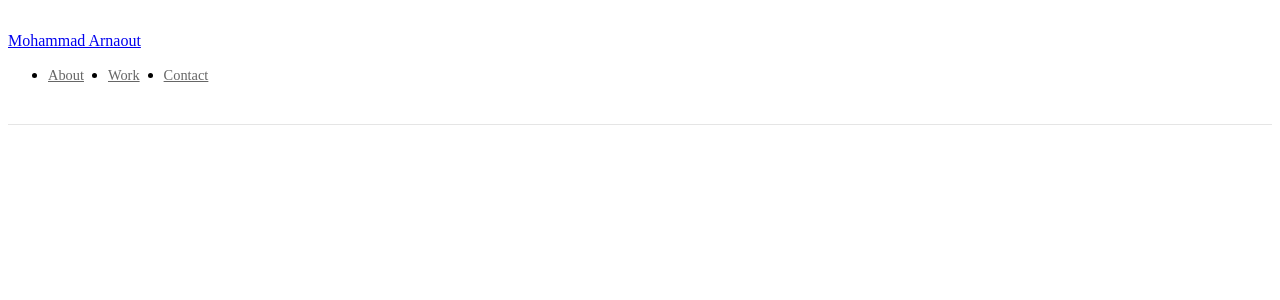
Repository: Moh-Arna/Moh-Arna
Page: index.html
The author's editor kept a copy of each file at every save. The page is drawn from the files as they stood at one save, then again after the next save.
The browser window is 1280 px wide. The pictures show the whole page.

Above is the page before, as saved 2026-04-22 09:43:07.

### index.html
<!DOCTYPE html>
<html lang=""en>
<head>
  <meta charset="UTF-8">
  <meta name="viewport" content="width=device-width, initial-scale=1.0">
  <title>[Mohammad Arnaout] — Portfolio</title>

  <link rel="stylesheet" href="styles/globals.css">
  <link rel="stylesheet" href="styles/index.css">
</head>

<header class="header">

    <div class="container-header-inner">

        <a href="/" class="name">Mohammad Arnaout</a>

        <nav aria-label="Main Navigation">

            <ul class="nav">

                <li>
                    <a href="#about">About</a>
                </li>

                <li>
                    <a href="#work">Work</a>
                </li>

                <li>
                    <a href="#contact">Contact</a>
                </li>

            </ul>

        </nav>

    </div>

</header>


</html>

### styles/globals.css
:root{
    --bg:#fafafa;
    --text: #111;
    --muted: #666;
    --border: #e5e5e5;
}

### styles/index.css
.header{
    padding: 1.5rem 0;
    border-bottom: 1px solid var(--border);
}

.header-inner{
    display: flex;
    justify-content: space-between;
    align-items: center;
}

.nav{
    display: flex;
    gap: 1.5rem;
}

.nav a{
    color: var(--muted);
    font-size: 0.9rem;
}

.nav a:hover{
    color: var(--text);
}

After the next save:
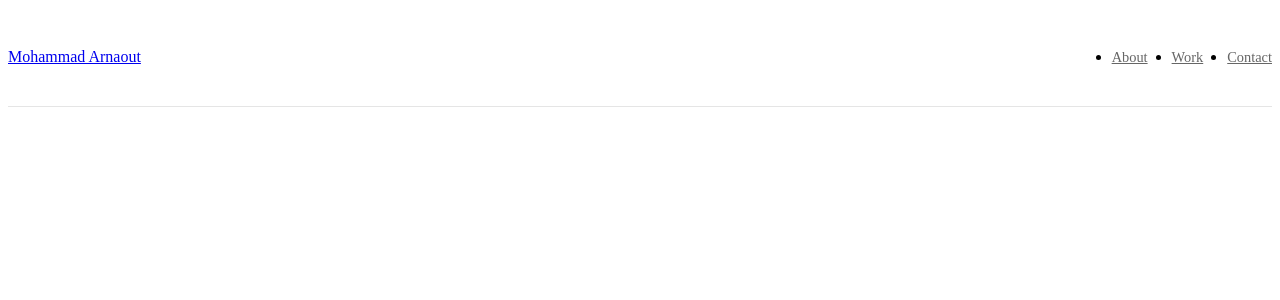
Saved 1 s later.
--- a/index.html
+++ b/index.html
@@ -11,7 +11,7 @@
 
 <header class="header">
 
-    <div class="container-header-inner">
+    <div class="header-inner">
 
         <a href="/" class="name">Mohammad Arnaout</a>
 
@@ -39,5 +39,12 @@
 
 </header>
 
+<main>
+
+    <section>
+
+    </section>
+
+</main>
 
 </html>
